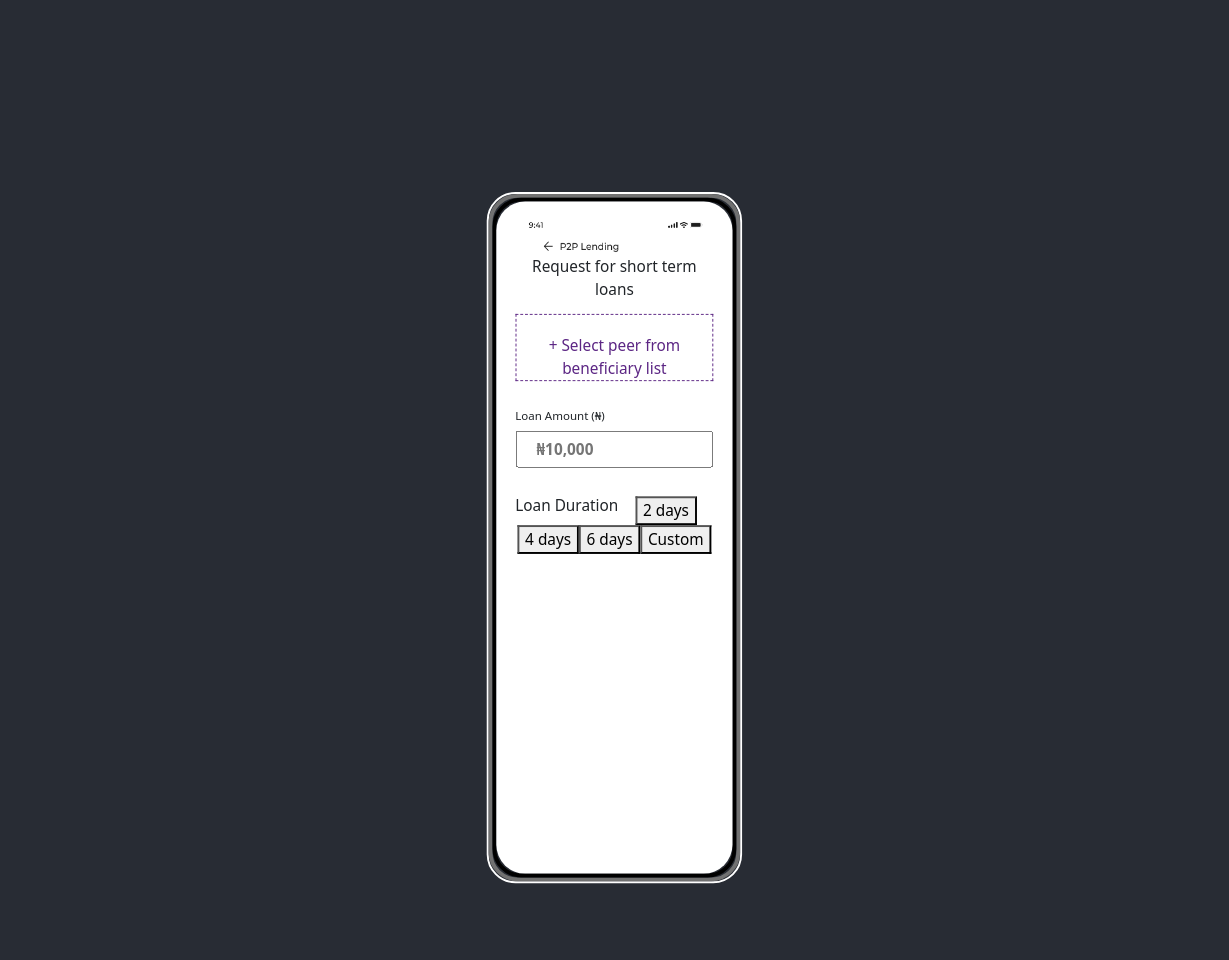
Repository: sarahnnanyelugo/fcmb-hackathon
Page: /loan-interface
An editor plug-in stored every save of this project. The page is shown before and after the next save, followed by the edit.
The browser window is 1280 px wide. The pictures show the whole page, at 96% of full size.
The project was rebuilt for these pictures with package versions that can differ from the ones it lists, and the page was loaded fresh each time. Also part of the build but not shown: src/Pages/Home.js.

Above is the page before, as saved 2023-10-28 21:40:46.

After the next save:
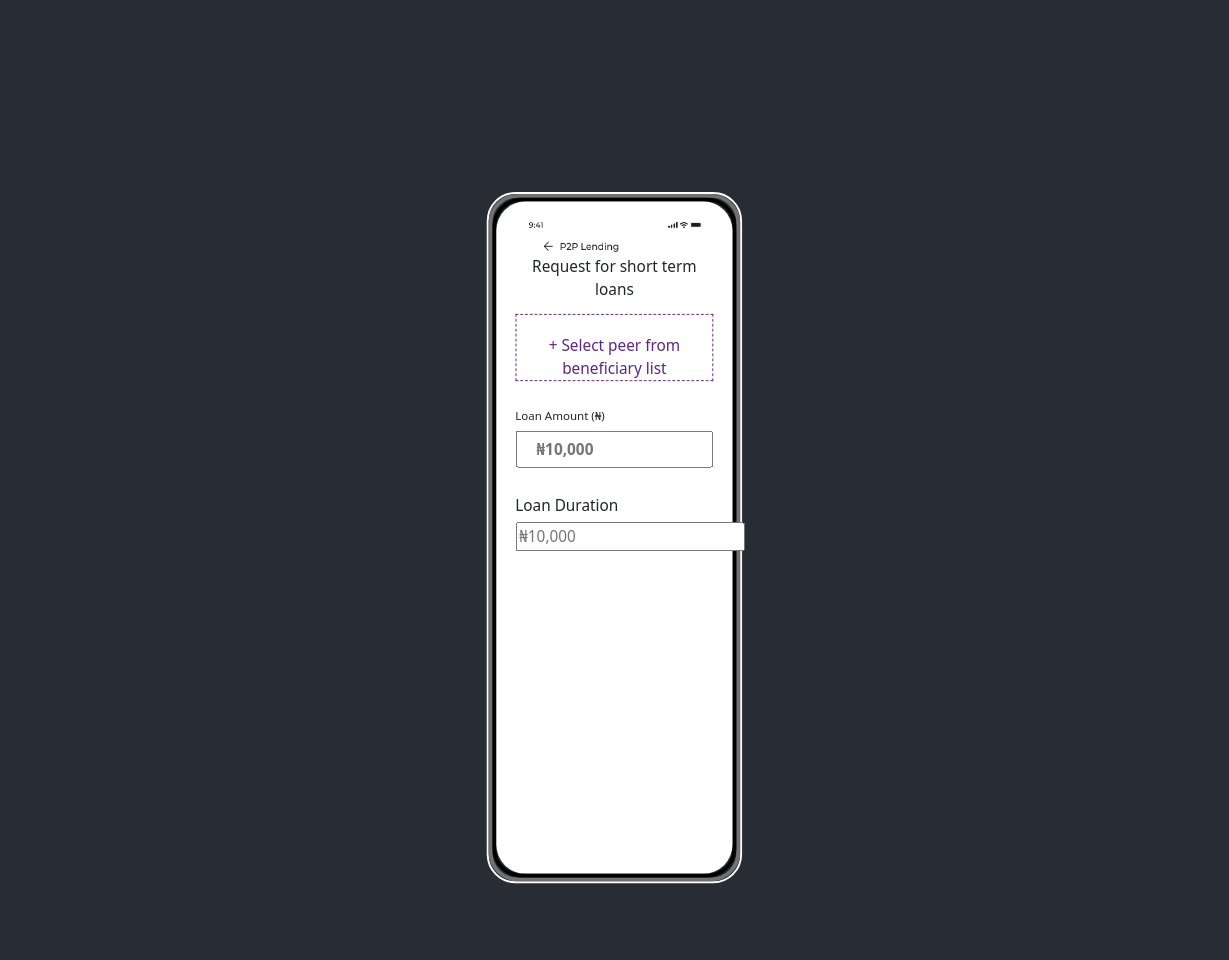
Saved 36 s later.
--- a/src/Pages/LoanInterface.js
+++ b/src/Pages/LoanInterface.js
@@ -41,10 +41,10 @@
                         <h6 style={{ float: "left" }}>Loan Duration</h6>
 
                         <div className="col-md-12">
-                          <button>2 days</button>
-                          <button>4 days</button>
+                          <input placeholder="₦10,000" type="text" />
+                          {/* <button>4 days</button>
                           <button>6 days</button>
-                          <button>Custom</button>
+                          <button>Custom</button> */}
                         </div>
                       </div>
                     </div>

After the save that followed:
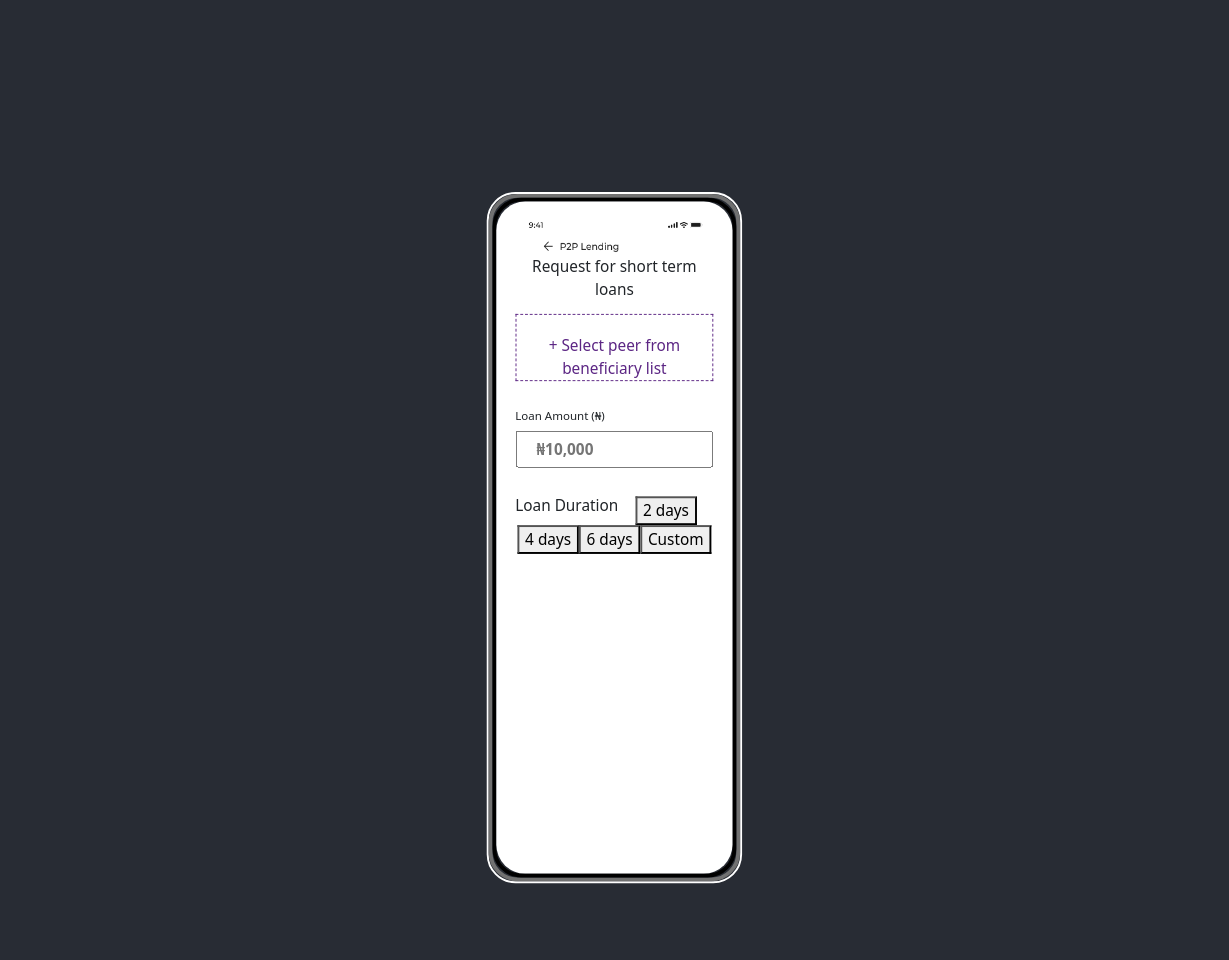
Saved 12 s later.
--- a/src/Pages/LoanInterface.js
+++ b/src/Pages/LoanInterface.js
@@ -41,10 +41,10 @@
                         <h6 style={{ float: "left" }}>Loan Duration</h6>
 
                         <div className="col-md-12">
-                          <input placeholder="₦10,000" type="text" />
-                          {/* <button>4 days</button>
+                          <button>2 days</button>
+                          <button>4 days</button>
                           <button>6 days</button>
-                          <button>Custom</button> */}
+                          <button>Custom</button>
                         </div>
                       </div>
                     </div>
